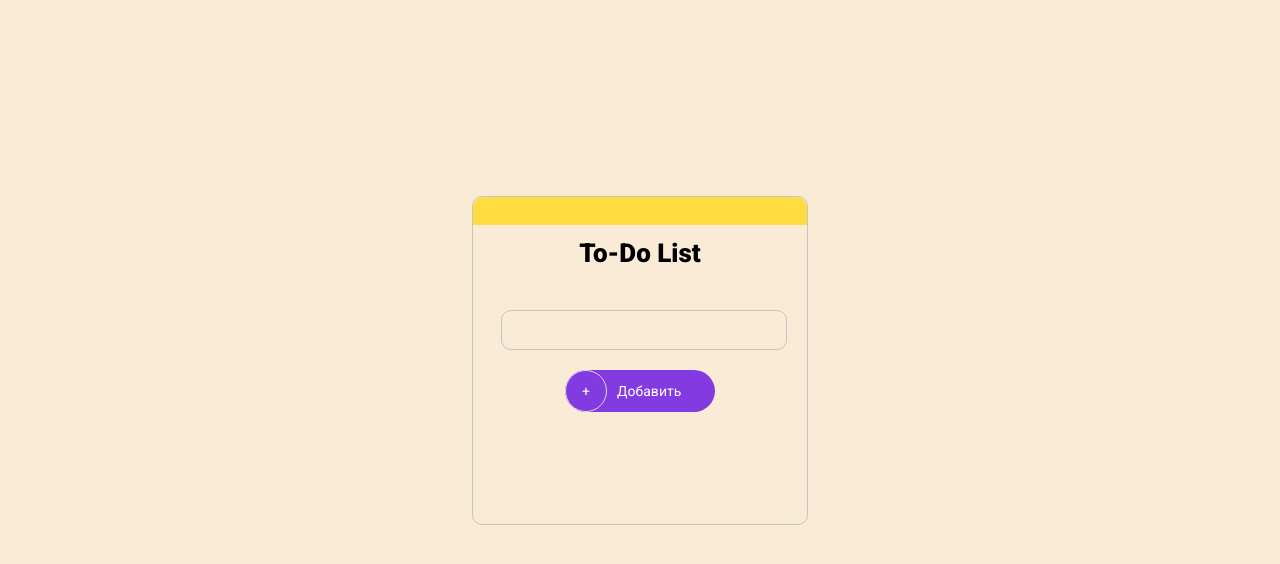
Repository: NatiqSamiyev/To-do-List-js
Page: insex.html
These files come from the project's save history. The page is drawn as it stood at one moment and after the next save; the edit follows.
The browser window is 1280 px wide. The pictures show the whole page.
Some web fonts or font styles are not loaded; a fallback is used.

Above is the page before, as saved 2023-10-31 11:56:36.

### insex.html
<!DOCTYPE html>
<html lang="en">
  <head>
    <meta charset="UTF-8" />
    <meta name="viewport" content="width=device-width, initial-scale=1.0" />
    <title>Document</title>
    <link rel="stylesheet" href="index.css" />
  </head>
  <body>
    <div class="list-container">
      <div class="card">
        <div class="color">
          <div class="yellow-box"></div>
          <h1>To-do list</h1>
        </div>
        <form action="">
          <label for="">
            <input type="text" class="text-input" required />
          </label>
          <button>
            <div class="circle">+</div>
            <p>Добавить</p>
          </button>
        </form>
        <ul></ul>
      </div>
    </div>
  </body>
  <script src="./index.js"></script>
</html>

### index.css
@import url("https://fonts.googleapis.com/css2?family=Epilogue:wght@400;600;700;800&family=Inter:wght@400;500;600;700&family=Laila:wght@700&family=Open+Sans:wght@400;600;700;800&family=Roboto+Slab:wght@700&family=Roboto:wght@400;700;900&display=swap");

* {
  margin: 0;
  padding: 0;
  box-sizing: border-box;
}

.list-container {
  width: 100%;
  min-height: 100vh;
  display: flex;;
  justify-content: center;
  align-items: center;
  background-color: antiquewhite;
}

.card {
  width: 336px;
  /* height: 236px; */
  border-radius: 10px;
  border: 1px solid #c4c4c4;
  background: rgba(196, 196, 196, 0);
}
.yellow-box{
  height: 28px;
width: 100%;
background-color: #FFDC40;
border-top-right-radius: 10px;
border-top-left-radius: 10px;
}
form .color img {
  width: 100%;
  height: 28px;
}

.color h1 {
  margin-top: 13px;
  color: #000;
  text-align: center;
  font-family: Roboto;
  font-size: 26px;
  font-style: normal;
  font-weight: 900;
  line-height: normal;
  text-transform: capitalize;
}

input {
  margin-top: 42px;
  margin-left: 28px;
  padding: 10px 15px;
  width: 286px;
  height: 40px;
  border-radius: 10px;
  border: 1px solid #c4c4c4;
  background: rgba(196, 196, 196, 0);
  cursor: pointer;
}

.btn-box {
  position: relative;
  width: 129px;
  height: 42px;
}

.btn-1 {
  margin-top: 18px;
  margin-left: 113px;
  width: 129px;
  height: 42px;
  border: none;
  background-color: #833ae0;
  border-radius: 20px;
  cursor: pointer;
}

.btn-1 h2 {
  color: #fff;
  margin-left: 20px;
  font-family: Roboto;
  font-size: 14px;
  font-style: normal;
  font-weight: 400;
  line-height: normal;
  flex-direction: column;
  justify-content: center;
  display: flex;
}

.btn-2 {
  width: 42px;
  height: 42px;
  background-color: #833ae0;
  border-radius: 25px;
  border: none;
  position: absolute;
  margin-left: 110px;
  top: 18px;
  cursor: pointer;
}

.btn-2 p {
  color: #fff;
  text-align: center;
  font-family: Roboto;
  font-size: 14px;
  font-style: normal;
  font-weight: 400;
  line-height: normal;
  display: flex;
  flex-direction: column;
  justify-content: center;
}

ul {
  margin-bottom: 12px;
  padding: 12px 30px 12px 27px;
  width: 100%;
  height: 100px;
}

ul li {
  margin-top: 24px;
  list-style-type: none;
  display: flex;
  justify-content: space-between;
}

ul li h3 {
  color: #000;
  font-family: Roboto;
  font-size: 14px;
  font-style: normal;
  font-weight: 400;
  line-height: normal;
}

ul li img {
  width: 20px;
  height: 20px;
}

button {
  width: 150px;
  height: 42px;
  margin: auto;
  margin-top: 20px;
  display: flex;
  align-items: center;
  background-color: #833ae0;
  border-radius: 25px;
  border: none;

  color: #fff;
  text-align: center;
  font-family: Roboto;
  font-size: 14px;
  font-style: normal;
  font-weight: 400;
  line-height: normal;
}
button .circle {
  margin-right: 10px;
  border-radius: 50%;
  width: 42px;
  height: 42px;
  border: 0.5px solid gainsboro;
  display: flex;
  justify-content: center;
  align-items: center;
}

### index.js
let form=document.querySelector('form')
let bntList=document.querySelector('.btn')
let ul=document.querySelector('ul')
let input=document.querySelector('.text-input')


form.addEventListener('sumbit', sumbitForm)
function sumbitForm(a) {
    a.preventDefault()
    ul.innerHTML +=`
    <li>
     <h3>Почистить зубы</h3>
     <img src="./image/Group 56.svg" alt="">
     <p>${textInput.value}</p>
    </li>

    <li>
     <h3>Купить зубную пасту</h3>
     <img src="./image/Group 56.svg" alt="">
    </li>

    <li>
     <h3>Умыться</h3>
     <img src="./image/Group 56.svg" alt="">
    </li>

    <li>
     <h3>Выпить кофе</h3>
     <img src="./image/Group 56.svg" alt="">
    </li>

    <li>
     <h3>Принять душ</h3>
     <img src="./image/Group 56.svg" alt="">
    </li>
`;
form.reset();

}

After the next save:
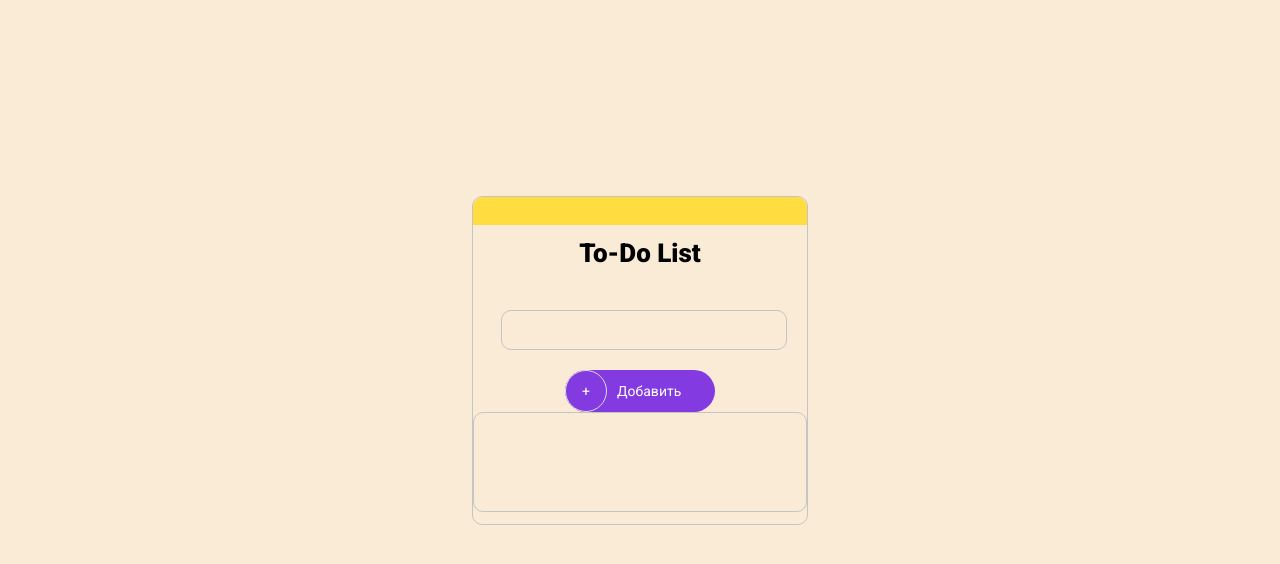
Saved 15 s later.
--- a/index.css
+++ b/index.css
@@ -118,6 +118,9 @@ ul {
   padding: 12px 30px 12px 27px;
   width: 100%;
   height: 100px;
+  border-radius: 10px;
+border: 1px solid #C4C4C4;
+background: rgba(196, 196, 196, 0.00);
 }
 
 ul li {
